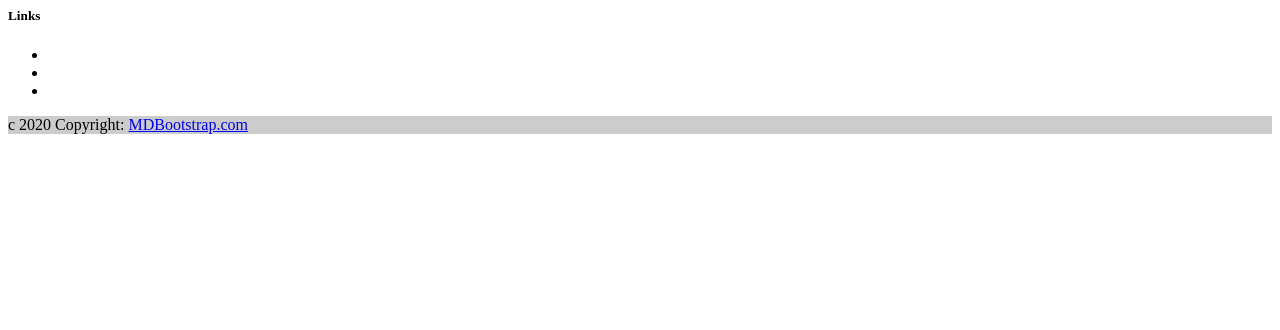
Repository: LucasV26/Projeto_TFT_3
Page: TFTbuilder/WebContent/Views/foot.html
The author's editor kept a copy of each file at every save. The page is drawn from the files as they stood at one save, then again after the next save.
The browser window is 1280 px wide. The pictures show the whole page.

Above is the page before, as saved 2021-01-24 04:52:16.

After the next save:
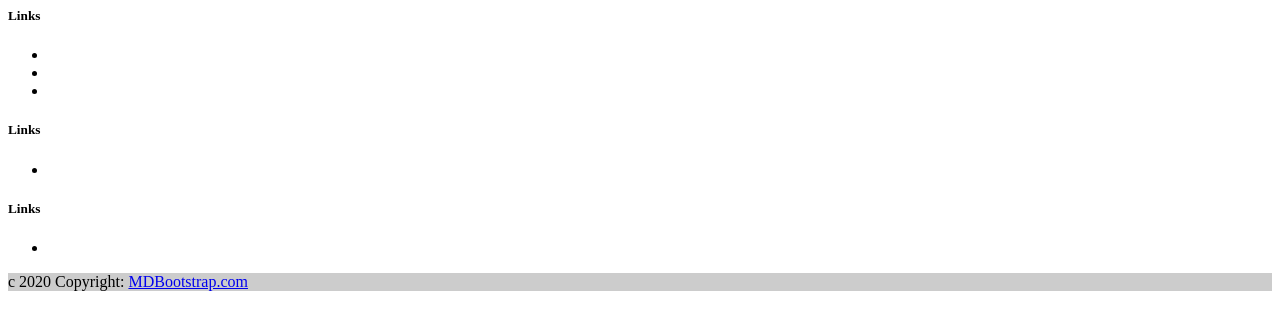
Saved 35 s later.
--- a/TFTbuilder/WebContent/Views/foot.html
+++ b/TFTbuilder/WebContent/Views/foot.html
@@ -28,6 +28,32 @@
 		        </ul>
 		      </div>
 		      <!--Grid column-->
+		      <!--Grid column-->
+		      <div class="col-lg-3 col-md-6 mb-4 mb-md-0">
+		        <h5 class="text-uppercase">Links</h5>
+
+		        <ul class="list-unstyled mb-0">
+		          <li>
+		            <a class="btn btn-primary" style="background-color: #ac2bac" href="#!" role="button"
+					  ><i class="fab fa-instagram"></i
+					></a>
+		          </li>
+		        </ul>
+		      </div>
+		      <!--Grid column-->
+		      <!--Grid column-->
+		      <div class="col-lg-3 col-md-6 mb-4 mb-md-0">
+		        <h5 class="text-uppercase">Links</h5>
+
+		        <ul class="list-unstyled mb-0">
+		          <li>
+		            <a class="btn btn-primary" style="background-color: #333333" href="#!" role="button"
+					  ><i class="fab fa-github"></i
+					></a>
+		          </li>
+		        </ul>
+		      </div>
+		      <!--Grid column-->
 		    </div>
 		    <!--Grid row-->
 		  </div>
